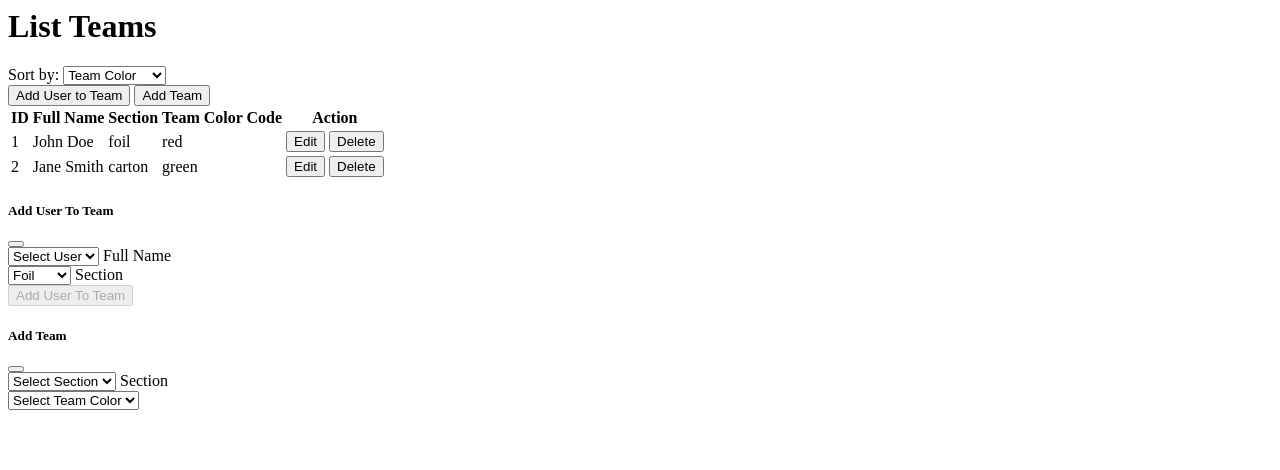
Repository: Daigtas/Shiftman
Page: partials/list-teams.html
These files come from the project's save history. The page is drawn as it stood at one moment and after the next save; the edit follows.
The browser window is 1280 px wide. The pictures show the whole page.

Above is the page before, as saved 2025-02-04 12:41:20.

After the next save:
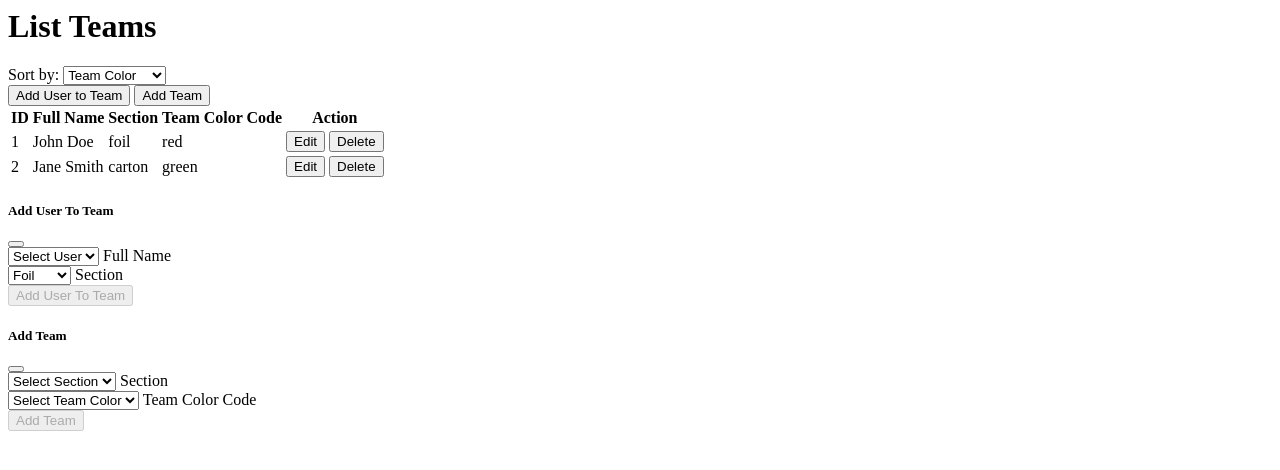
Saved 4 s later.
--- a/partials/list-teams.html
+++ b/partials/list-teams.html
@@ -113,7 +113,7 @@
                             <option value="purple" data-translate-key="purple">Purple</option>
                             <option value="pink" data-translate-key="pink">Pink</option>
                             <option value="brown" data-translate-key="brown">Brown</option>
-                            <option value="black" data-translate-key="black">Black</option
+                            <option value="black" data-translate-key="black">Black</option>
                         </select>
                         <label for="teamcolorcode" data-translate-key="teamcolorcode">Team Color Code</label>
                     </div>
